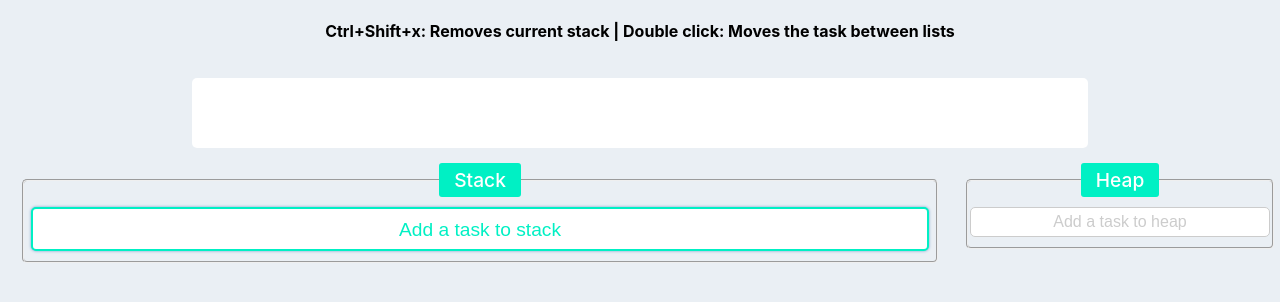
Repository: litalsh/meeting_v1
Page: /
The author's editor kept a copy of each file at every save. The page is drawn from the files as they stood at one save, then again after the next save.
The browser window is 1280 px wide. The pictures show the whole page.
The project was rebuilt for these pictures with package versions that can differ from the ones it lists, and the page was loaded fresh each time. Also part of the build but not shown: src/Task.js.

Above is the page before, as saved 2020-12-09 10:13:19.

### public/index.html
<!DOCTYPE html>
<html lang="en">
  <head>
    <meta charset="utf-8" />
    <meta name="viewport" content="width=device-width, initial-scale=1" />
    <meta name="theme-color" content="#000000" />
    <meta
      name="description"
      content="Web site created using create-react-app"
    />
    <link rel="apple-touch-icon" href="%PUBLIC_URL%/logo192.png" />
    <!--
      manifest.json provides metadata used when your web app is installed on a
      user's mobile device or desktop. See https://developers.google.com/web/fundamentals/web-app-manifest/
    -->
    <link rel="manifest" href="%PUBLIC_URL%/manifest.json" />
    <!--
      Notice the use of %PUBLIC_URL% in the tags above.
      It will be replaced with the URL of the `public` folder during the build.
      Only files inside the `public` folder can be referenced from the HTML.

      Unlike "/favicon.ico" or "favicon.ico", "%PUBLIC_URL%/favicon.ico" will
      work correctly both with client-side routing and a non-root public URL.
      Learn how to configure a non-root public URL by running `npm run build`.
    -->
    <title>Meeting Managment App</title>
  </head>
  <body>
    <noscript>You need to enable JavaScript to run this app.</noscript>
    <div id="root"></div>
    <!--
      This HTML file is a template.
      If you open it directly in the browser, you will see an empty page.

      You can add webfonts, meta tags, or analytics to this file.
      The build step will place the bundled scripts into the <body> tag.

      To begin the development, run `npm start` or `yarn start`.
      To create a production bundle, use `npm run build` or `yarn build`.
    -->
  </body>
</html>

### src/App.js
import React, { useState, useEffect } from "react";
import "./App.css";
import { v4 as uuidv4 } from "uuid";
import Task from "./Task";

const App = () => {
  const [stack, setStack] = useState([]);
  const [heap, setHeap] = useState([]);

  const newTaskHandler = (event) => {
    if (event.which === 13 && event.target.value !== '') {
      setStack([
        ...stack,
        { id: uuidv4(), type: 'stack', topic: event.target.value, isDone: false }
      ]);
      event.target.value = '';
    };
  };

  const newHeapHandler = (event) => {
    if (event.which === 13 && event.target.value !== '') {
      setHeap([
        ...heap,
        { id: uuidv4(), type: 'heap', topic: event.target.value, isDone: false }
      ]);
      event.target.value = '';
    };
  };

  const taskRemoveHandler = (id, type) => {
    if(type === 'stack'){
    const taskIndex = stack.findIndex(task => {
      return task.id === id;
    });

    let tempList = [...stack];
    tempList.splice(tempList[taskIndex], 1);
    setStack(tempList)
  };
    if(type === 'heap'){
      const taskIndex = heap.findIndex(task => {
        return task.id === id;
      });

      let tempList = [...heap];
      tempList.splice(tempList[taskIndex], 1);
      setHeap(tempList)
    };
    return console.log('taskRmoveHandler: ', stack);

  }

  const keyboardRemoveHandler = (e) => {

    if (e.ctrlKey && e.shiftKey && e.which === 88) {
      let tempStack = [...stack];
      tempStack.splice(tempStack.length - 1, 1);
      setStack(tempStack);
    }
  }
  useEffect(() => {
    if (document){
      document.addEventListener('keydown', keyboardRemoveHandler);
    }
    return () => {
      document.removeEventListener('keydown', keyboardRemoveHandler);
    }
  }, [stack]);

  // const keyboardCangeListHandler = (e, id, type) => {

  //   if (e.ctrlKey && e.which === 77) {
  //     changeListHandler(id, type);
  //   }
  // }

  const changeListHandler = (id, type) => {
    // move task from stack to heap
    if (type === 'stack') {
      const taskIndex = stack.findIndex(task => {
        return task.id === id;
      });
      setHeap([...heap, { id: stack[taskIndex].id, type: 'heap', topic: stack[taskIndex].topic, isDone: false }]);

      let tempStack = [...stack];
      tempStack.splice(taskIndex, 1);
      setStack(tempStack);
      console.log('change to heap ', stack, '  ', heap)
    };

    // move task from heap to stack
    if (type === 'heap') {
      const taskIndex = heap.findIndex(task => {
        return task.id === id;
      });
      setStack([...stack, { id: heap[taskIndex].id, type: 'stack', topic: heap[taskIndex].topic, isDone: false }]);

      let tempHeap = [...heap];
      tempHeap.splice(taskIndex, 1);
      setHeap(tempHeap);
      console.log('change to stack ', stack, '  ', heap)
    };
  }

  return (
    <div className="container">
      <h4>Ctrl+Shift+x: Removes current stack  |  Double click: Moves the task between lists</h4>
      <div className="current-task">
        <h1>{stack[0] !== undefined ? stack[stack.length - 1].topic : null}</h1>
      </div>
      <fieldset className="task-list stack-list">
      <legend>Stack</legend>
        <ul>
          <>
            {console.log('1', stack)}
            {stack[0] !== undefined ? stack.map((task, id) => (
              <Task title={task.topic}
                key={id}
                remove={() => taskRemoveHandler(task.id, task.type)}
                move={() => changeListHandler(task.id, task.type)}
                class={"stack_item"}
                 />
            )) : null}
          </>
        </ul>
        <input type="text" placeholder="Add a task to stack" onKeyDown={newTaskHandler} className='stack-input'  autoFocus aria-flowto='heap-input' />
      </fieldset>

      <fieldset className="task-list">
        <legend>Heap</legend>
        <input type="text" placeholder="Add a task to heap" onKeyDown={newHeapHandler} className='heap-input'  aria-flowto='stack-input' />
        <ul>
          <>
            {console.log('2', heap)}
            {heap[0] !== undefined ? heap.map((task, id) => (
              <Task title={task.topic}
                key={id}
                remove={() => taskRemoveHandler(task.id, task.type)}
                move={() => changeListHandler(task.id, task.type)}
                class={"heap_item"}/>
            )) : null}
          </>
        </ul>
      </fieldset>
    </div>
  );
};

export default App;

### src/App.css
body{
 background-color:  #eaeff4;
}

h4 {
  text-align: center;
  grid-column: 1/3;}

.container {
  display: grid;
  grid-template-columns: 3fr 1fr;
}

.current-task {
  text-align: center;
  height: 70px;
  grid-column: 1/5;
  width: 70%;
  background: #fff;
  margin: 15px auto;
  border-radius: 5px;
  display: flex;
  align-items: center;
  flex-direction: column;
  justify-content: center;
}

.task-list {
  display: flex;
  flex-direction: column;
  align-self: start;
  border-radius: 5px;
  min-height: 4rem;
  padding: 5px 0;
  width: 95%;
  margin: 0 auto;
 }

 .stack-list ul {
   display: flex;
   flex-direction: column-reverse;
 }

 legend {
  margin: 0 auto;
  font-size: 1.2rem;
  font-weight: 500;
  background-color: #00f0c4;
  padding: 5px 15px;
  color: #fff;
  border-radius: 3px;
 }

ul {
  list-style-type: none;
  margin: 0;
  padding: 0;
}

li {
  border: 1px solid AliceBlue;
  width: 70%;
  line-height: 40px;
  margin: -1px auto;
  position: relative;
  background-color: #fff;
  cursor: pointer;
}

.stack_item {
  width: 98%;
  line-height: 40px;
  margin: 3px auto;
  position: relative;
  text-align: center;
  border-radius: 5px;
}

.heap_item {
  width: 98%;
  line-height: 1.8em;
  margin: 3px auto;
  position: relative;
  text-align: center;
  border-radius: 5px;
  font-size: 1rem;
}

.stack-input {
  border: 2px solid #00f0c4;
  width: 98%;
  line-height: 40px;
  margin: 5px auto;
  position: relative;
  text-align: center;
  border-radius: 5px;
  font-size: 1.3rem;
  padding: 0;
}

.heap-input {
  border: 1px solid #ccc;
  width: 98%;
  line-height: 1.8em;
  margin: 5px auto;
  position: relative;
  text-align: center;
  border-radius: 5px;
  font-size: 1rem;
  padding: 0;
}

.stack-input::placeholder{
  color: #00f0c4;
  font-size: 1.2rem;
}

.heap-input::placeholder{
  color: #ccc;
  font-size: 1rem;
}

.stack-input:focus {
  outline: none !important;
  border: 2px solid #00f0c4;
  box-shadow: 0 0 3px #719ECE;
}

.remove {
  width: 1.5vw;
  height: 1.5vw;
  position: absolute;
  top: 50%;
  right: 10px;
  transform: translateY(-50%);
  border-radius: 50%;
  border: none;
  font-weight: bold;
  color: gray;
  cursor: pointer;
  font-size: 0.8rem;
}

### src/useLocalStorage.js
import React, { useState, useEffect } from "react";

const PREFIX = 'meeting-manament-';


const useLocalStorage = (key, initialValue) => {
  const prefixedKey = PREFIX + key
  const [value, setValue] = useState(() => {
    const jsonValue = localStorage.getItem(prefixedKey)
    if (jsonValue != null) return JSON.parse(jsonValue)
    if (typeof initialValue === 'function') {
      return initialValue()
    } else {
      return initialValue
    }
  })

  useEffect(() => {
    localStorage.setItem(prefixedKey, JSON.stringify(value))
  }, [prefixedKey, value])

  return [value, setValue]
}


export default useLocalStorage;

Loaded but not shown: src/index.js (common file); src/index.css (common file); src/reportWebVitals.js (common file)

After the next save:
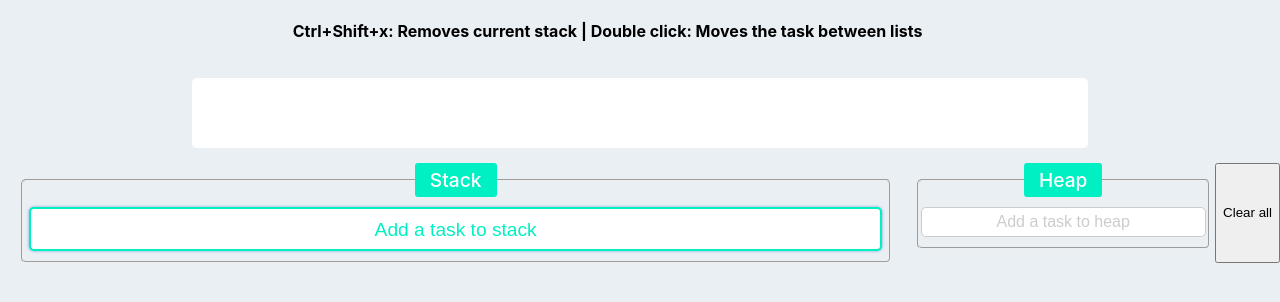
Saved 4 days later.
--- a/src/App.js
+++ b/src/App.js
@@ -2,10 +2,12 @@ import React, { useState, useEffect } from "react";
 import "./App.css";
 import { v4 as uuidv4 } from "uuid";
 import Task from "./Task";
+import useLocalStorage from './useLocalStorage';
 
 const App = () => {
-  const [stack, setStack] = useState([]);
-  const [heap, setHeap] = useState([]);
+  const [stack, setStack] = useLocalStorage('stack', []);
+  const [heap, setHeap] = useLocalStorage('heap', []);
+  const [timer, setTimer] = useState(0)
 
   const newTaskHandler = (event) => {
     if (event.which === 13 && event.target.value !== '') {
@@ -67,6 +69,10 @@ const App = () => {
     }
   }, [stack]);
 
+  useEffect(() => {
+
+  })
+
   // const keyboardCangeListHandler = (e, id, type) => {
 
   //   if (e.ctrlKey && e.which === 77) {
@@ -100,6 +106,11 @@ const App = () => {
       setHeap(tempHeap);
       console.log('change to stack ', stack, '  ', heap)
     };
+  }
+
+  const clearListsHandler = () => {
+    setHeap([]);
+    setStack([]);
   }
 
   return (
@@ -142,6 +153,7 @@ const App = () => {
           </>
         </ul>
       </fieldset>
+      <button className='clear-btn' onClick={() => clearListsHandler()}>Clear all</button>
     </div>
   );
 };
